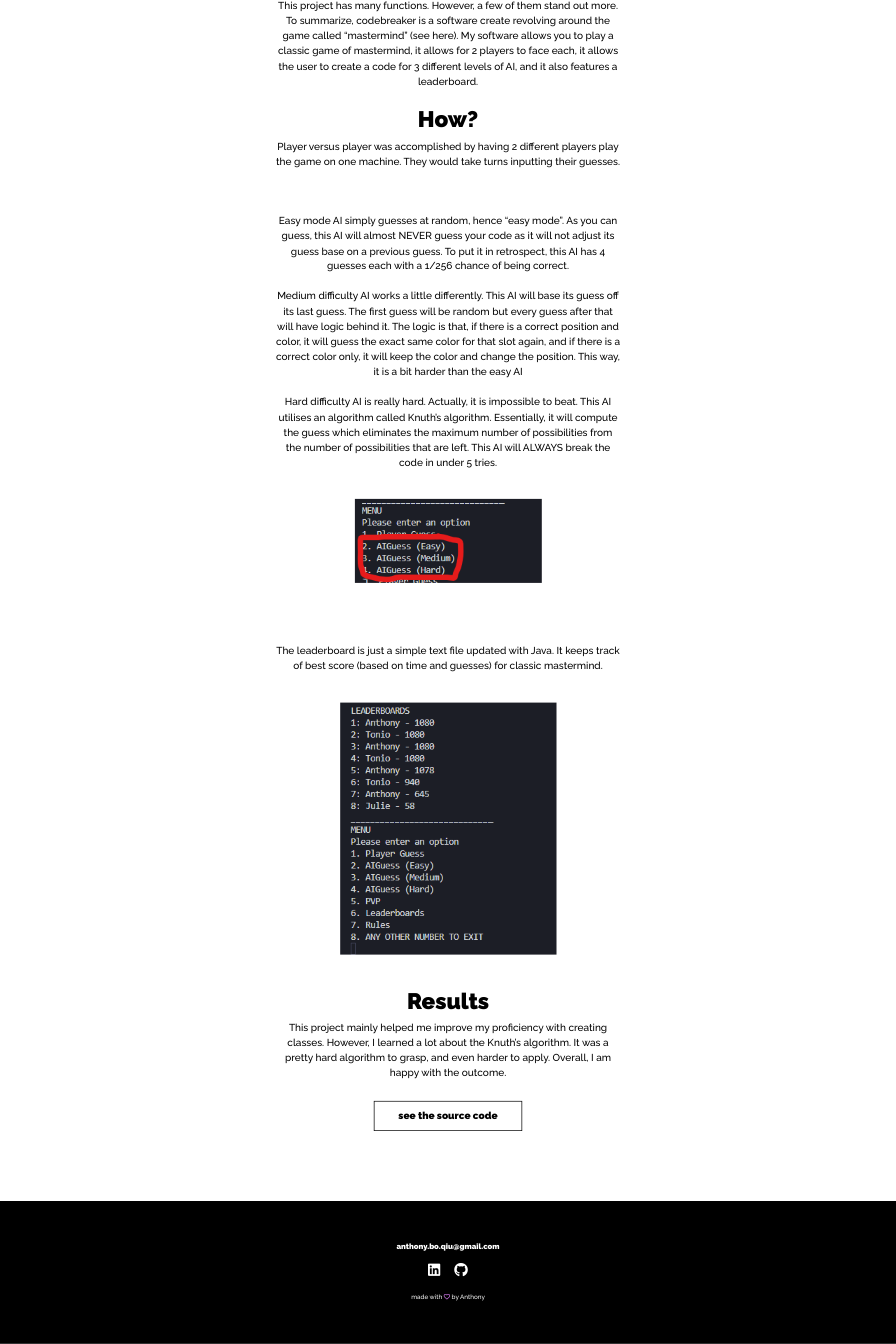
Repository: 7UM1N/anthonyq.github.io
Page: codebreaker.html
An editor plug-in stored every save of this project. The page is shown before and after the next save, followed by the edit.
The browser window is 1280 px wide. The pictures show the part of the page from y = 884 to 2804 px (the page is 2804 px tall before and 2761 px after), at 70% of full size.

Above is the page before, as saved 2023-01-10 19:49:46.

### codebreaker.html
<!DOCTYPE html>
<html lang="en">
    <head>
        <meta charset="UTF-8">
        <meta name="viewport" content="width=device-width, initial-scale=1.0">
        <title>Anthony Qiu</title>
        <link rel="stylesheet" href="https://cdnjs.cloudflare.com/ajax/libs/normalize/8.0.1/normalize.min.css" integrity="sha512-NhSC1YmyruXifcj/KFRWoC561YpHpc5Jtzgvbuzx5VozKpWvQ+4nXhPdFgmx8xqexRcpAglTj9sIBWINXa8x5w==" crossorigin="anonymous" referrerpolicy="no-referrer" />
        <link rel="stylesheet" href="https://cdnjs.cloudflare.com/ajax/libs/font-awesome/6.2.1/css/all.min.css" integrity="sha512-MV7K8+y+gLIBoVD59lQIYicR65iaqukzvf/nwasF0nqhPay5w/9lJmVM2hMDcnK1OnMGCdVK+iQrJ7lzPJQd1w==" crossorigin="anonymous" referrerpolicy="no-referrer" />
        <link rel="stylesheet" href="css/style.css">
        <link rel="preconnect" href="https://fonts.googleapis.com">
        <link rel="preconnect" href="https://fonts.gstatic.com" crossorigin>
        <link href="https://fonts.googleapis.com/css2?family=Raleway:ital,wght@0,100;0,200;0,300;0,400;0,500;0,600;0,700;0,800;0,900;1,100;1,200;1,300;1,400;1,500;1,600;1,700;1,800;1,900&display=swap" rel="stylesheet">
    </head>
    <body>

        <!-- header -->
        <section class="sub-header sub-header-codebreaker">
            <nav>
                <a class="logo" href="index.html">
                    <strong>ANTHONY</strong> QIU
                </a>
                <div class="nav-links" id="navLinks">
                    <ul>
                        <i class="fa-solid fa-xmark" onclick="hideMenu()"></i>
                        <li><a href="index.html" >HOME</a></li>
                        <li><a href="index.html#projects">PROJECTS</a></li>
                        <li><a href="contact.html">CONTACT</a></li>
                    </ul>
                </div>
                <i class="fa-solid fa-bars" onclick="showMenu()"></i>
            </nav>
            <div class="text-box">
                <h1>Codebreaker</h1>
                <p>
                    the ultimate mastermind
                </p>
            </div>
            <div class="scroll">
                <p>S C R O L L<br><i class="fa-solid fa-sort-down"></i></p>
            </div>
        </section>

        <!-- content -->
        <section class="portfolio-item-section">
            <h2>What?</h2>
            <p>
                This project has many functions. However, a few of them stand out more. To summarize, codebreaker is a software create revolving around the game called “mastermind” (see here). My software allows you to play a classic game of mastermind, it allows for 2 players to face each, it allows the user to create a code for 3 different levels of AI, and it also features a leaderboard.
            </p>
            <h2>How?</h2>
            <p>
                Player versus player was accomplished by having 2 different players play the game on one machine. They would take turns inputting their guesses.
            </p>
            <p>
<br><br>Easy mode AI simply guesses at random, hence “easy mode”. As you can guess, this AI will almost NEVER guess your code as it will not adjust its guess base on a previous guess. To put it in retrospect, this AI has 4 guesses each with a 1/256 chance of being correct.

<br><br>Medium difficulty AI works a little differently. This AI will base its guess off its last guess. The first guess will be random but every guess after that will have logic behind it. The logic is that, if there is a correct position and color, it will guess the exact same color for that slot again, and if there is a correct color only, it will keep the color and change the position. This way, it is a bit harder than the easy AI

<br><br>Hard difficulty AI is really hard. Actually, it is impossible to beat. This AI utilises an algorithm called Knuth’s algorithm. Essentially, it will compute the guess which eliminates the maximum number of possibilities from the number of possibilities that are left. This AI will ALWAYS break the code in under 5 tries.
            </p>
            <img src="img/codebreaker/codebreaker-levels.png">
            <p>
<br><br>The leaderboard is just a simple text file updated with Java. It keeps track of best score (based on time and guesses) for classic mastermind.

            </p>
            <img src="img/codebreaker/codebreaker-leaderboard.png">
            <h2>Results</h2>
            <p>
                This project mainly helped me improve my proficiency with creating classes. However, I learned a lot about the Knuth’s algorithm. It was a pretty hard algorithm to grasp, and even harder to apply. Overall, I am happy with the outcome.
            </p>
            <a href="https://github.com/anthonyqiu/codebreaker" download class="hero-btn inverse-btn"><strong>see the source code</strong></a>
        </section>

        <!-- footer -->
        <footer class="footer">
            <a href="mailto:anthony.bo.qiu@gmail.com" class="email">anthony.bo.qiu@gmail.com</a>
            <ul class="socials">
                <li class="socials-item">
                    <a class="social-item-link" href="https://www.linkedin.com/in/anthonyboqiu">
                        <i class="fa-brands fa-linkedin"></i>
                    </a>
                </li>
                <li class="socials-item">
                    <a class="social-item-link" href="https://github.com/anthonyqiu">
                        <i class="fa-brands fa-github"></i>
                    </a>
                </li>
            </ul>
            <P class="love">made with <i class="fa-regular fa-heart"></i> by Anthony</p>
        </footer>

        <!-- javascript-->
        <script src="js/index.js"></script>
    </body>
</html>

### css/style.css
/*custom properties*/
:root {
    --ff-primary: 'Raleway', sans-serif;
    --ff-secondary: 'Raleway', sans-serif;

    --fw-reg: 500;
    --fw-bold: 850;

    --clr-light: #fff;
    --clr-dark: #000000;
    --clr-accent: #e281ff;

    --fs-h1: 3rem;
    --fs-h2: 2rem;
    --fs-h3: 1.25rem;
    --fs-h4: 1.05rem;
    --fs-body: 0.9rem;

    --bs: 0.25em 0.25em 0.75em rgba(0, 0, 0, .25), 0.125em 0.125em 0.25em rgba(0, 0, 0, .15);
}

* {
    margin: 0;
    padding: 0;
    font-family: var(--ff-primary);
}

/* typography */
h1,
h2,
h3 {
    line-height: 1.1;
}

h1, h2, h3, h4 {
    font-weight: var(--fw-bold);
}

h1 {font-size: var(--fs-h1)}
h2 {font-size: var(--fs-h2)}
h3 {
    font-size: var(--fs-h3);
    font-weight: 800;
}
h4 {
    font-size: var(--fs-h4);
}

p {
    font-size: var(--fs-body);
    font-weight: var(--fw-reg);
    line-height: 150%;
    padding: 10px;
}

a:link {
    text-decoration: none;
}

a:visited {
    text-decoration: none;
}

a:hover {
    text-decoration: none;
}

a:active {
    text-decoration: none;
}

strong {font-weight: var(--fw-bold);}

/*header*/
header {
    min-height: 100vh;
    width: 100%;
    background-image: linear-gradient(rgba(4, 9, 30, 0.7), rgba(4, 9, 30, 0.7)), url(../img/blueprint.jpeg);
    background-position: center;
    background-size: cover;
    position: relative;
}

header img {
    max-width: 20vh;
    border-radius: 7%;
}

nav {
    display: flex;
    padding: 2% 6%;
    justify-content: space-between;
    align-items: center;
}

.logo {
    color: var(--clr-light);
    text-decoration: none;
    font-size: var(--fs-h2);
}

.nav-links {
    flex: 1;
    text-align: right;
}

.nav-links ul li {
    list-style: none;
    display: inline-block;
    padding: 8px 12px;
    position: relative;
}

.nav-links ul li a {
    color: var(--clr-light);
    text-decoration: none;
    font-size: var(--fs-body);
}

.nav-links ul li::after {
    content: '';
    width: 0%;
    height: 2px;
    background: var(--clr-light);
    display: block;
    margin: auto;
    transition: 0.5s;
}

.nav-links ul li:hover::after {
    width: 100%;
}

.text-box {
    width: 50%;
    color: var(--clr-light);
    position: absolute;
    top: 50%;
    left: 50%;
    transform: translate(-50%, -50%);
    text-align: center;
}

.text-box p {
    margin: 10px 0 40px;
    color: var(--clr-light);
}

.hero-btn {
    color: var(--clr-light);
    border: 1px solid var(--clr-light);
    display: inline-block;
    text-decoration: none;
    padding: 12px 34px;
    font-size: var(--fs-body);
    background: transparent;
    position: relative;
    cursor: pointer;
    margin-top: 20px;;
}

.hero-btn:hover {
    background: var(--clr-light);
    color: var(--clr-dark);
    transition: 1s;
}

.inverse-btn {
    color: var(--clr-dark);
    border: 1px solid var(--clr-dark);
}

.inverse-btn:hover {
    color: var(--clr-light);
    background: var(--clr-dark);
}

nav .fa-solid {
    display: none;
}

.scroll {
    color: var(--clr-light);
    text-align: center;
    position: absolute;
    top: 96%;
    left: 50%;
    transform: translate(-50%, -50%);
}

/*projects*/

.projects {
    width: 80%;
    margin: auto;
    text-align: center;
    padding-top: 100px;
    padding-bottom: 100px;
}

.projects p {
    color: var(--clr-dark);
}

.projects img {
    width: 12rem;
    height: 18rem;
    border-radius: 10px;
}

.portfolio {
    display: flex;
    flex-wrap: wrap;
    gap: 1.5rem;

    margin: auto;
    align-items: center;
    justify-content: center;
    margin-top: 3rem;
}

.portfolio-item {
    background-position: center;
    background-size: cover;
    position: relative;

    color: var(--clr-light);
    width: 350px;
    height: 500px;
    flex-shrink: 0;
    border-radius: 10px;
    box-sizing: border-box;
    transition: 0.5s;

    display: flex;
    justify-content: center;
    align-items: center;
    flex-direction: column;
}

.portfolio-item h3 {
    color: var(--clr-light);
    width: 150px;
    height: 150px;
    border-style: solid;
    border-width: 0.3rem;
    border-color: var(--clr-light);
    border-radius: 50%;

    position: relative;
    display: flex;
    justify-content: center;
    align-items: center;
    margin: auto;
}

.portfolio-item p {
    color: var(--clr-light);

    display: flex;
    justify-content: center;
    align-items: center;
    margin: auto;
    opacity: 0%;
    transition: 1s;
}

.nerfv2 {
    background-image: linear-gradient(rgba(4, 9, 30, 0.5), rgba(4, 9, 30, 0.5)), url(../img/coming-soon.webp);
}

.launcho {
    background-image: linear-gradient(rgba(4, 9, 30, 0.5), rgba(4, 9, 30, 0.5)), url(../img/launcho/launcho-card.jpg);
}

.codebreaker {
    background-image: linear-gradient(rgba(4, 9, 30, 0.5), rgba(4, 9, 30, 0.5)), url(../img/codebreaker/codebreaker-card.jpg);
}

.saitama {
    background-image: linear-gradient(rgba(4, 9, 30, 0.5), rgba(4, 9, 30, 0.5)), url(../img/saitama/saitama-banner.webp);
}

.this-website {
    background-image: linear-gradient(rgba(4, 9, 30, 0.5), rgba(4, 9, 30, 0.5)), url(../img/this-website/this-website-card.jpeg);
}

.portfolio-item h3 {
    vertical-align: middle;
}

.portfolio-item:hover {
    box-shadow: 0 0 20px 0px rgba(0, 0, 0, 0.80);
    filter: brightness(90%);
}

.portfolio-item:hover p {
    opacity: 100%;
}

.portfolio-item-text {
    position: absolute;
    top: 0;
}

/* footer */
.footer {
    background: var(--clr-dark);
    color: var(--clr-light);
    text-align: center;
    padding: 2.5em 0;
    font-size: var(--fs-h3);
    font-family: var(--ff-secondary);
}

.footer a {
    color: inherit;
    text-decoration: none;
}

.email {
    font-weight: var(--fw-bold);
    font-size: 11px;
}

.email:hover,
.social-item-link:hover {
    transform: scale(2);
    opacity: .5;
}

.email,
.social-item-link {
    transition:
        transform 750ms cubic-bezier(.5, 0, .5, 1),
        opacity 250ms linear;
}

.socials {
    list-style: none;
    display: flex;
    justify-content: center;
    margin: 0.25em 0 0;
    padding: 0;
}

.socials-item {
    margin: - .5em;
}

.socials-item {
    padding: .5em;
}

.love {
    font-size: 9px;
}

.fa-heart {
    color: var(--clr-accent);
}

/* sub header */
.sub-header {
    height: 100vh;
    width: 100%;
    background-image: linear-gradient(rgba(4, 9, 30, 0.7), rgba(4, 9, 30, 0.7)), url(../img/launcho/launcho-card.jpg);
    background-position: center;
    background-size: cover;
    text-align: center;
    margin: auto;
    position: relative;
}
.sub-header-contact {background-image: linear-gradient(rgba(4, 9, 30, 0.7), rgba(4, 9, 30, 0.7)), url(../img/blueprint.jpeg);}
.sub-header-nerfv2 {background-image: linear-gradient(rgba(4, 9, 30, 0.7), rgba(4, 9, 30, 0.7)), url(../img/blueprint.jpeg);}
.sub-header-launcho {background-image: linear-gradient(rgba(4, 9, 30, 0.7), rgba(4, 9, 30, 0.7)), url(../img/launcho/launcho-card.jpg);}
.sub-header-codebreaker {background-image: linear-gradient(rgba(4, 9, 30, 0.7), rgba(4, 9, 30, 0.7)), url(../img/codebreaker/codebreaker-banner.jpg);}
.sub-header-saitama {background-image: linear-gradient(rgba(4, 9, 30, 0.7), rgba(4, 9, 30, 0.7)), url(../img/saitama/saitama-banner.webp);}

.sub-header .text-box {
    border-style: solid;
    border-width: 0.25rem;
    border-color: var(--clr-light);
}

.portfolio-item-section {
    text-align: center;
    padding-top: 100px;
    padding-bottom: 100px;
    width: 40%;

    position: relative;
    display: flex;
    justify-content: center;
    align-items: center;
    margin: auto;
    flex-direction: column;
}

.portfolio-item-section p {
    color: var(--clr-dark);
}

.portfolio-item-section img {
    max-width: 90%;
    max-height: 50vh;
    padding: 2rem;
}

.portfolio-item-section h2,
.portfolio-item-section h3 {
    margin-top: 1rem;
}

.contact {
    padding: 50px;
    width: 40%;
    margin: auto;
    text-align: center;
}

.contact input,
.contact textarea {
    width: 100%;
    padding: 15px;
    margin-bottom: 17px;
    outline: none;
    border: 1px solid var(--clr-dark);
    box-sizing: border-box;
}

/*smaller screens*/
@media(max-width: 800px) {
    .nav-links ul li {
        display: block;
    }

    .nav-links {
        position: fixed;
        background: var(--clr-dark);
        height: 100vh;
        width: 200px;
        top: 0;
        right: -200px;
        text-align: left;
        z-index: 2;
        transition: 1s;
    }

    nav .fa-solid {
        display: block;
        color: var(--clr-light);
        margin: 10px;
        font-size: var(--fs-h3);
        cursor: pointer;
    }

    .text-box {
        width: 90%;
    }

    header img {
        max-width: 10vh;
        border-radius: 3%;
    }

    .portfolio-item-section {
        width: 90%;
    }

    .contact {
        width: 70%;
    }
}

### js/index.js
//toggle menu
var navLinks = document.getElementById("navLinks");

function showMenu(){
    navLinks.style.right = "0";
}

function hideMenu(){
    navLinks.style.right = "-200px";
}

After the next save:
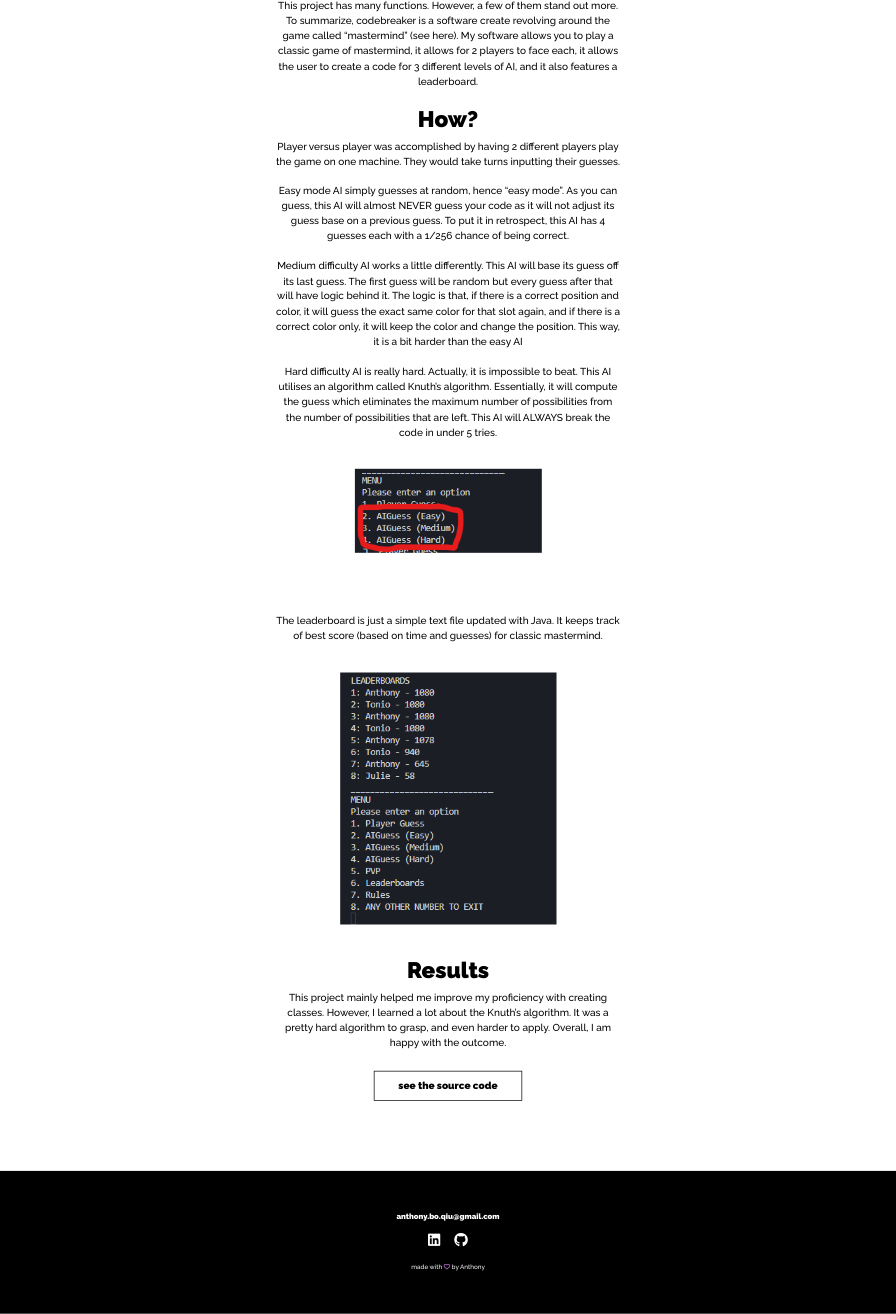
Saved 54 s later.
--- a/codebreaker.html
+++ b/codebreaker.html
@@ -51,7 +51,7 @@
                 Player versus player was accomplished by having 2 different players play the game on one machine. They would take turns inputting their guesses.
             </p>
             <p>
-<br><br>Easy mode AI simply guesses at random, hence “easy mode”. As you can guess, this AI will almost NEVER guess your code as it will not adjust its guess base on a previous guess. To put it in retrospect, this AI has 4 guesses each with a 1/256 chance of being correct.
+        Easy mode AI simply guesses at random, hence “easy mode”. As you can guess, this AI will almost NEVER guess your code as it will not adjust its guess base on a previous guess. To put it in retrospect, this AI has 4 guesses each with a 1/256 chance of being correct.
 
 <br><br>Medium difficulty AI works a little differently. This AI will base its guess off its last guess. The first guess will be random but every guess after that will have logic behind it. The logic is that, if there is a correct position and color, it will guess the exact same color for that slot again, and if there is a correct color only, it will keep the color and change the position. This way, it is a bit harder than the easy AI
 
